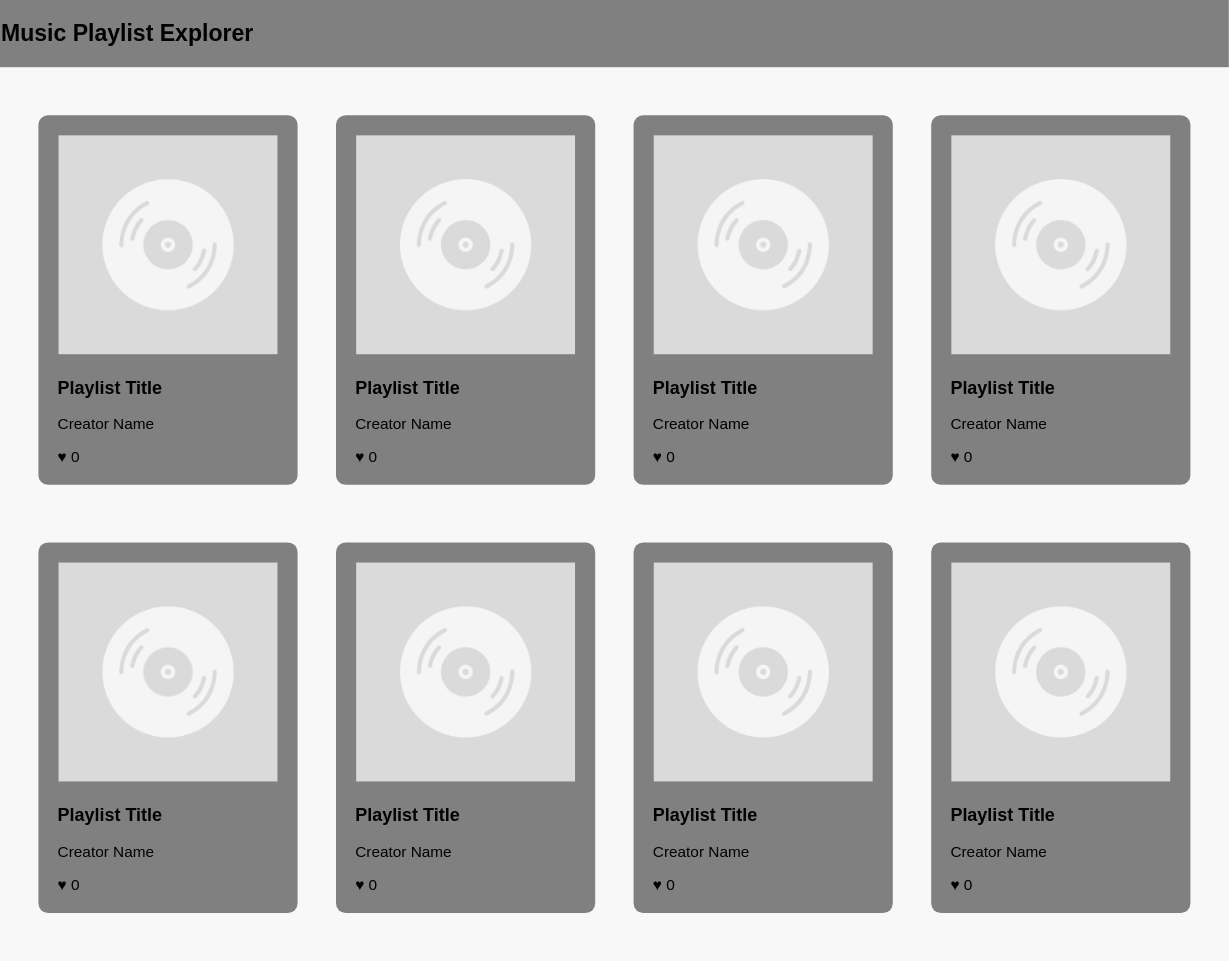
Repository: valentinaarojas/music-player-explorer
Page: index.html
These files come from the project's save history. The page is drawn as it stood at one moment and after the next save; the edit follows.
The browser window is 1280 px wide. The pictures show the whole page, at 96% of full size.

Above is the page before, as saved 2025-02-18 18:47:14.
Console error: SyntaxError: Unexpected token '{'

After the next save:
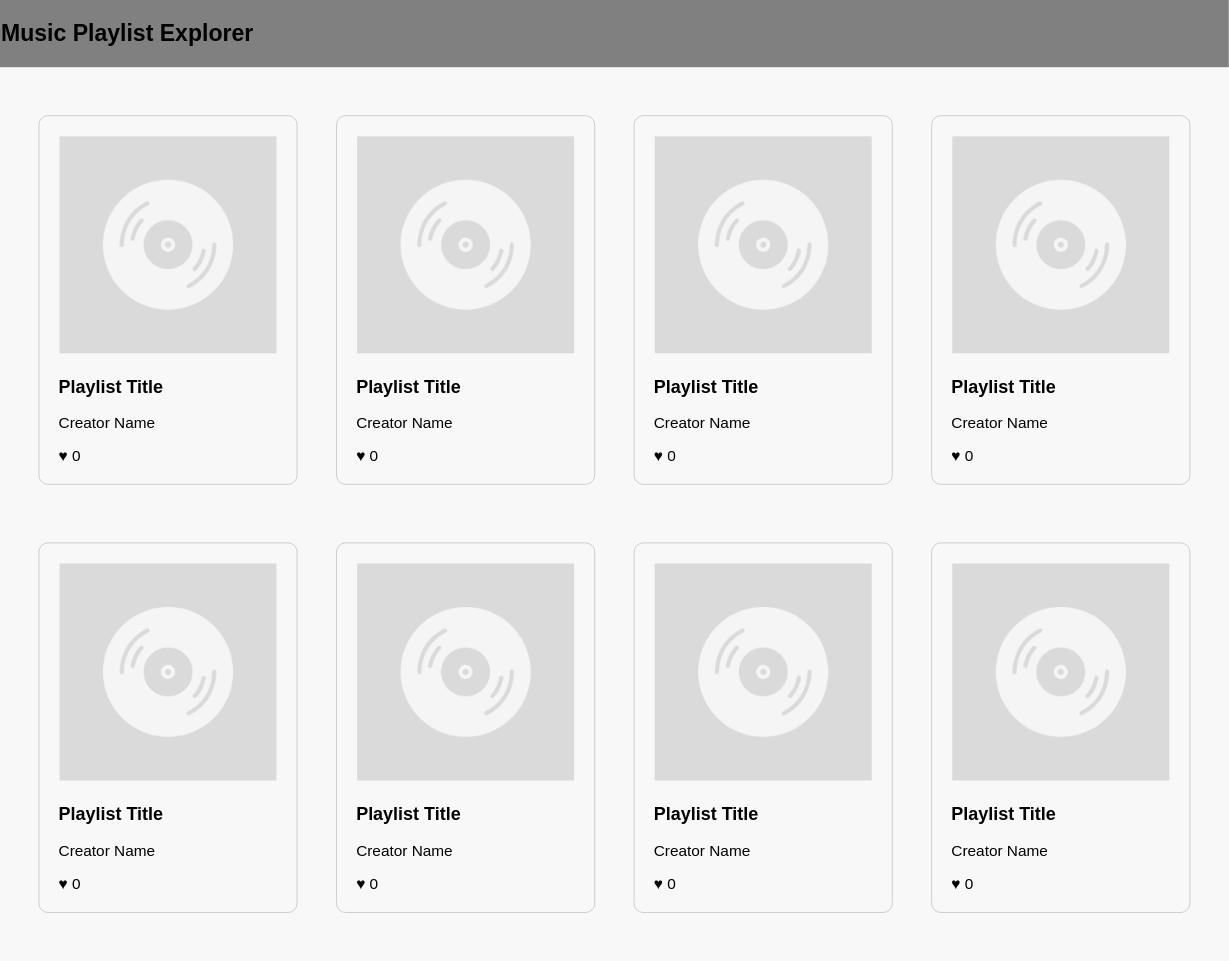
Saved 4 s later.
--- a/style.css
+++ b/style.css
@@ -21,7 +21,7 @@ body {
     padding: 20px;
     margin: 30px 20px;
     border-radius: 10px;
-    background-color: grey;
+    border: 1px solid #ccc;
 }
 
 .playlist-card .playlist-cover {
